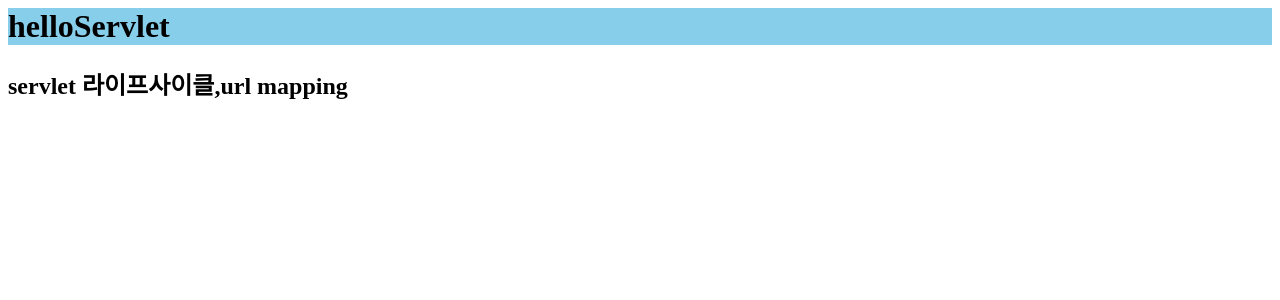
Repository: leedh909/Academy-web-
Page: http://localhost/Jsp05_HelloServlet/HelloServlet.do?command=hello
These files come from the project's save history. The page is drawn as it stood at one moment and after a run of saves; the edit follows.
The browser window is 1280 px wide. The pictures show the whole page.
The page is served by Tomcat 9.

Above is the page before, as saved 2020-07-03 04:07:36.

### 실습자료/eclipse-servlet/Jsp05_HelloServlet/src/com/hello/controller/HelloController.java
package com.hello.controller;

import java.io.IOException;
import java.io.PrintWriter;

import javax.servlet.ServletConfig;
import javax.servlet.ServletException;
import javax.servlet.annotation.WebServlet;
import javax.servlet.http.HttpServlet;
import javax.servlet.http.HttpServletRequest;
import javax.servlet.http.HttpServletResponse;

@WebServlet("/HelloController")
public class HelloController extends HttpServlet {
	private static final long serialVersionUID = 1L;


    public HelloController() {
        System.out.println("servlet 생성자!");
    }

    @Override
    public void init(ServletConfig config) throws ServletException{
    	System.out.println("servlet init()!!");
    	System.out.println("context param: "+config.getServletContext().getInitParameter("url"));
    	System.out.println("init param: "+config.getInitParameter("driver"));
    }

    //요청을 받는 메소드1
	protected void doGet(HttpServletRequest request, HttpServletResponse response) throws ServletException, IOException {
		System.out.println("get방식!!!!");

		doPost(request, response);
	}

	//요청을 받는 메소드2
	protected void doPost(HttpServletRequest request, HttpServletResponse response) throws ServletException, IOException {
		System.out.println("post방식!!!!!");

		request.setCharacterEncoding("UTF-8");
		response.setContentType("text/html; charset=UTF-8");

		String command = request.getParameter("command");
		System.out.println("parameter: "+command);

		PrintWriter out = response.getWriter();
		out.print("<h1 style='background-color:skyblue;'>helloServlet</h1>");
		out.print("<h2>servlet 라이프사이클,url mapping</h2>");


	}

	@Override
	public void destroy() {
		System.out.println("servlet destroy()!!!");
	}

}

After the next 2 saves:
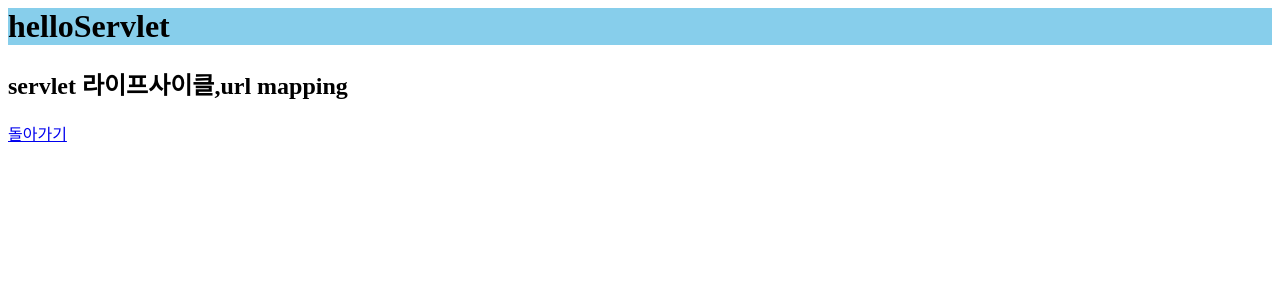
The 2 saves are shown as one change because 1 did not build or start.
The last was saved 39 s later.
--- a/실습자료/eclipse-servlet/Jsp05_HelloServlet/src/com/hello/controller/HelloController.java
+++ b/실습자료/eclipse-servlet/Jsp05_HelloServlet/src/com/hello/controller/HelloController.java
@@ -46,6 +46,7 @@ public class HelloController extends HttpServlet {
 		PrintWriter out = response.getWriter();
 		out.print("<h1 style='background-color:skyblue;'>helloServlet</h1>");
 		out.print("<h2>servlet 라이프사이클,url mapping</h2>");
+		out.print("<a href='home.html'>돌아가기</a>");
 
 
 	}
